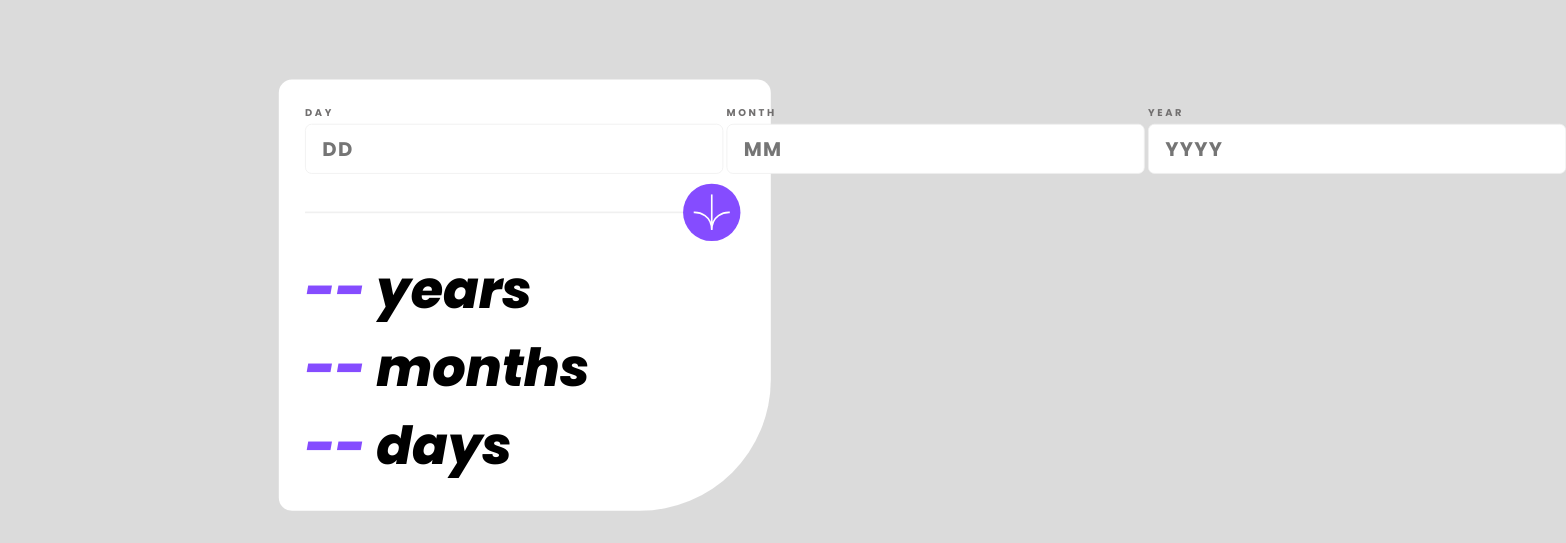
Repository: blordeus/age-calculator-app
Page: /
The author's editor kept a copy of each file at every save. The page is drawn from the files as they stood at one save, then again after the next save.
The browser window is 1280 px wide. The page is 1910 px wide, so the pictures cover 1910 px, including what lies to the right of the window. The pictures show the whole page, at 82% of full size.
The project was rebuilt for these pictures with package versions that can differ from the ones it lists, and the page was loaded fresh each time.

Above is the page before, as saved 2023-08-23 15:54:19.

### src/App.js
 import { useState } from "react";
 import "./style.css";

 import arrowIcon from './images/icon-arrow.svg'

const App = () => {
  const [formData, setFormData] = useState({
    day: "",
    month: "",
    year: "",
  });

  const [formErrors, setFormErrors] = useState({
    day: "",
    month: "",
    year: "",
    generic: "",
  });

  const [output, setOutput] = useState({
    days: "",
    months: "",
    years: "",
  });

  const hasErrors = formErrors.day || formErrors.month || formErrors.year || formErrors.generic;

  return (
    <div className="card-container">
      <div className="inputs-container">
      <div className="input-label-container">
        <label htmlFor="day" style={{
          color: hasErrors ? "hsl(0,100%,67%)" : "hsl(0,1%,44%)",
        }}>Day</label>
        <input
        type="number"
        id="day"
        placeholder="DD"
        min={1}
        value={formData.day}
        style={{
          border: hasErrors
          ? '1px solid hsl(0,100%,67%)'
          : '1px solid hsl(0,0%,94%)'
        }}
        onChange={(e) =>
        setFormData((prevState) =>
        ({...prevState,
          day:e.target.value}))}
        />
        {formErrors.day && <p className="error">{formErrors.day}</p>}
      </div>

      <div className="input-label-container">
        <label htmlFor="month" style={{
          color: hasErrors ? "hsl(0,100%,67%)" : "hsl(0,1%,44%)",
        }}>Month</label>
        <input
        type="number"
        id="day"
        placeholder="MM"
        min={1}
        value={formData.month}
        style={{
          border: hasErrors
          ? '1px solid hsl(0,100%,67%)'
          : '1px solid hsl(0,0%,94%)'
        }}
        onChange={(e) =>
        setFormData((prevState) =>
        ({...prevState,
          month:e.target.value}))}
        />
        {formErrors.month && <p className="error">{formErrors.month}</p>}
      </div>

      <div className="input-label-container">
        <label htmlFor="year" style={{
          color: hasErrors ? "hsl(0,100%,67%)" : "hsl(0,1%,44%)",
        }}>Year</label>
        <input
        type="number"
        id="year"
        placeholder="YYYY"
        min={1}
        value={formData.year}
        style={{
          border: hasErrors
          ? '1px solid hsl(0,100%,67%)'
          : '1px solid hsl(0,0%,94%)'
        }}
        onChange={(e) =>
        setFormData((prevState) =>
        ({...prevState,
          year:e.target.value}))}
        />
        {formErrors.year && <p className="error">{formErrors.year}</p>}
      </div>
    </div>

    {formErrors.generic && (
      <p className="error generic">{formErrors.generic}</p>
    )}

<div className="divider-container">
  <div className="divider"></div>

  <button className="btn" onClick={() => null}>
    <img src={arrowIcon} alt="arrowIcon" />
  </button>
</div>

<div className="output-container">
  <h1>
    <span className="highlighted">
    {output.years === "" ? '--' : output.years}{" "}
    </span>
    {output.years === 1 ? 'year' : "years"}
    </h1>

    <h1>
    <span className="highlighted">
    {output.months === "" ? '--' : output.months}{" "}
    </span>
    {output.months === 1 ? 'month' : "months"}
    </h1>

    <h1>
    <span className="highlighted">
    {output.days === "" ? '--' : output.days}{" "}
    </span>
    {output.days === 1 ? 'day' : "days"}
    </h1>
</div>
    </div>
  );
};

export default App;

### src/style.css
@import url("https://fonts.googleapis.com/css2?family=Poppins:ital,wght@0,700;1,400;1,800&display=swap");

* {
  box-sizing: border-box;
  margin: 0;
  padding: 0;
  font-family: "Poppins", sans-serif;
}

:root {
  --Purple: hsl(259, 100%, 65%);
  --Light-red: hsl(0, 100%, 67%);
  --White: hsl(0, 0%, 100%);
  --Off-white: hsl(0, 0%, 94%);
  --Light-grey: hsl(0, 0%, 86%);
  --Smokey-grey: hsl(0, 1%, 44%);
  --Off-black: hsl(0, 0%, 8%);
}

body {
  background-color: var(--Light-grey);
  min-height: 100vh;
  display: flex;
  align-items: center;
  justify-content: center;
}

.card-container {
  width: 600px;
  border-radius: 1rem 1rem 10rem 1rem;
  background-color: var(--White);
  padding: 2rem;
  max-width: 90vw;
  margin-top: 1rem;
  margin-bottom: 1rem;
}

.inputs-container {
  display: flex;
  gap: 0.25rem;
}

.input-label-container {
  display: flex;
  flex-direction: column;
  gap: 0.25rem;
  flex: 1;
}

.input-label-container label {
  text-transform: uppercase;
  font-size: 0.75rem;
  letter-spacing: 0.2rem;
}

.input-label-container input {
  width: 130opx;
  padding: 0.75rem 1rem 0.75rem 1.25rem;
  font-size: 1.5rem;
  color: var(--Off-black);
  border-radius: 0.5rem;
  outline: none;
  letter-spacing: 0.1rem;
}

.error {
  color: var(--Light-red);
  font-weight: 400;
  font-style: italic;
  margin-top: 0.25rem;
  letter-spacing: 0.1rem;
  font-size: 0.75rem;
}

.error.generic {
  margin-top: 0.5rem;
}

.divider-container {
  display: flex;
  align-items: center;
  margin-top: 0.75rem;
  margin-bottom: 0.75rem;
}

.divider {
  height: 2px;
  background-color: var(--Off-white);
  width: 86%;
}

.btn {
  width: 70px;
  height: 70px;
  border-radius: 50%;
  background-color: var(--Purple);
  border:none;
  cursor: pointer;
  display: flex;
  align-items: center;
  justify-content: center;
}

.btn:hover {
  background-color: var(--Off-Black);
}

.output-container h1 {
  font-size: 4rem;
  font-weight: 800;
  font-style: italic;
}

.output-container .highlighted {
  color: var(--Purple);

}

Loaded but not shown: src/index.js (common file)

After the next save:
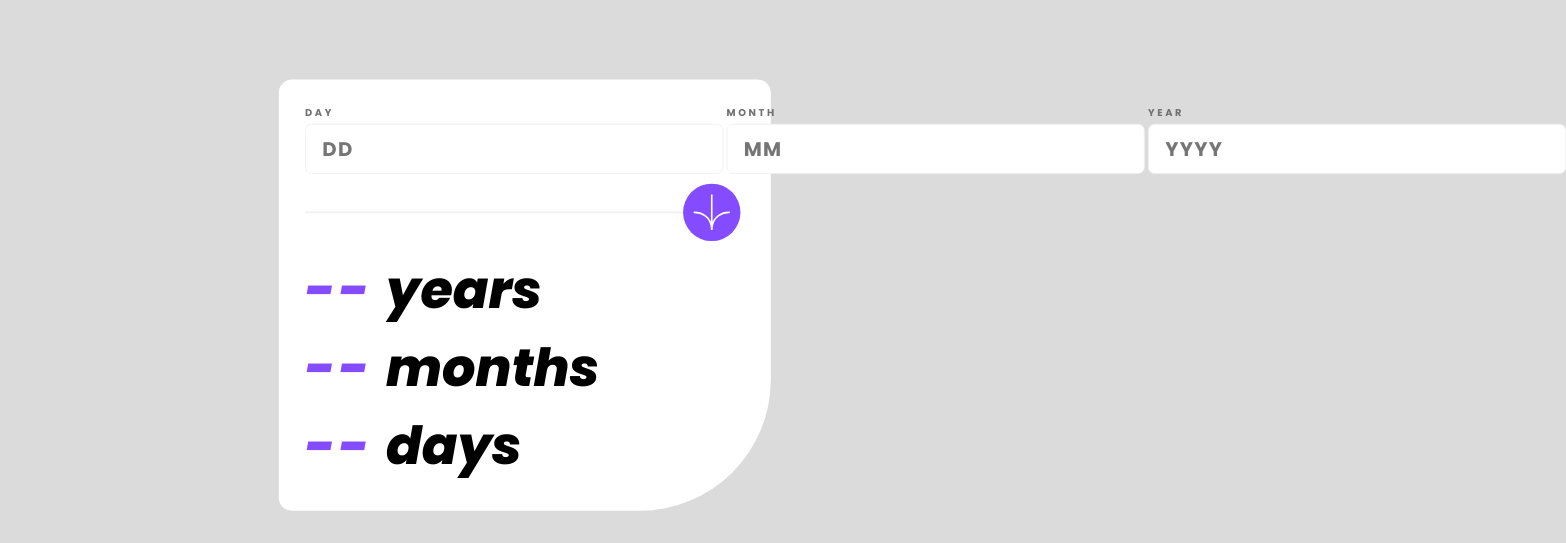
Saved 15 s later.
--- a/src/style.css
+++ b/src/style.css
@@ -113,5 +113,5 @@ body {
 
 .output-container .highlighted {
   color: var(--Purple);
-
+  letter-spacing: 0.25rem;
 }
